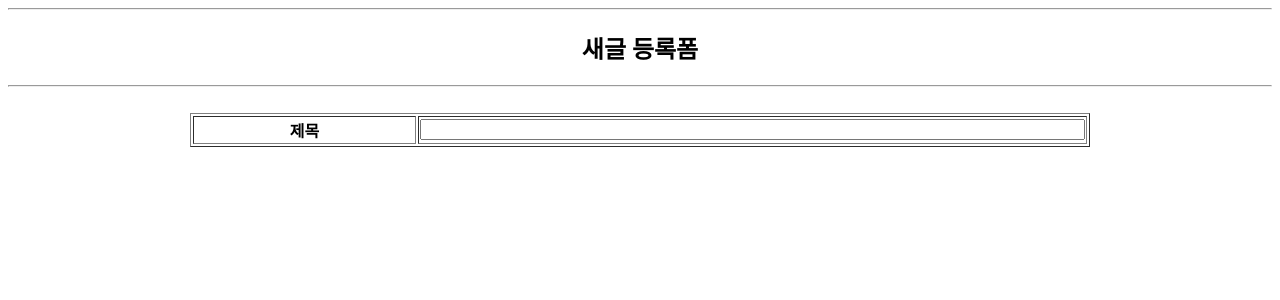
Repository: sunnny10/web-workspace
Page: http://localhost/Mission-Web/jsp/board/writeForm.jsp
These files come from the project's save history. The page is drawn as it stood at one moment and after the next save; the edit follows.
The browser window is 1280 px wide. The pictures show the whole page.
The page is served by Tomcat 9.

Above is the page before, as saved 2022-06-02 08:11:28.

After the next save:
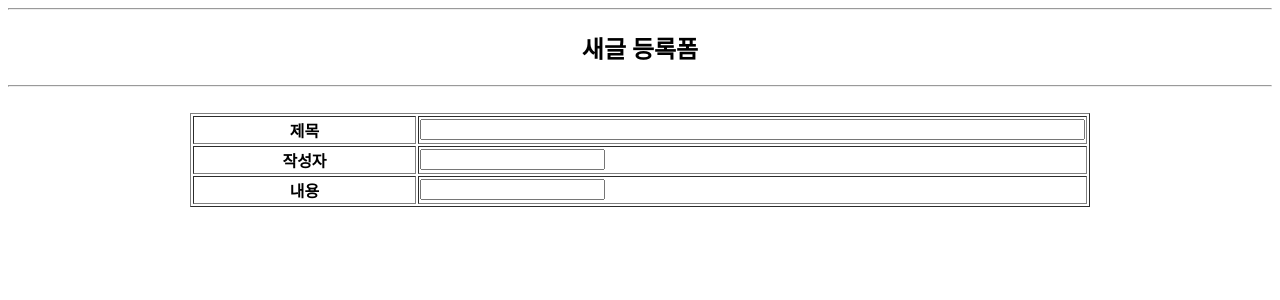
Saved 90 s later.
--- a/Mission-Web/src/main/webapp/jsp/board/writeForm.jsp
+++ b/Mission-Web/src/main/webapp/jsp/board/writeForm.jsp
@@ -18,6 +18,14 @@
 					<th width="25%">제목</th>
 					<td><input type="text" name="title" size="80"></td>
 				</tr>
+				<tr>
+					<th width="25%">작성자</th>
+					<td><input type="text" name="writer"></td>
+				</tr>
+				<tr>
+					<th width="25%">내용</th>
+					<td><input type="text" name="writer"></td>
+				</tr>
 			</table>
 		</form>
 	</div>
